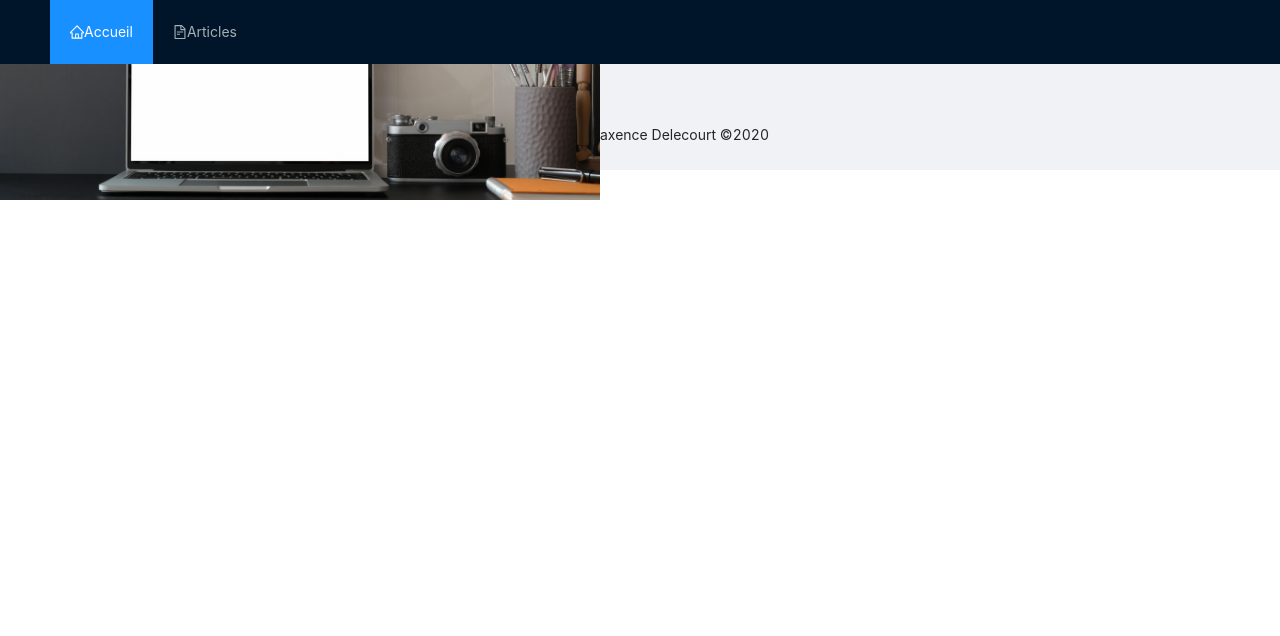
Repository: MaxenceDelecourt/ReactBlog
Page: /
These files come from the project's save history. The page is drawn as it stood at one moment and after the next save; the edit follows.
The browser window is 1280 px wide. The pictures show the whole page.
The project was rebuilt for these pictures with package versions that can differ from the ones it lists, and the page was loaded fresh each time. Also part of the build but not shown: src/Api/Api.js, src/Admin/ModifyPost.js, src/Post/Post.js, src/PostDescription/PostDescription.js, src/Admin/Admin.js, src/Admin/AdminDashboard.js.

Above is the page before, as saved 2020-06-15 16:47:49.

After the next save:
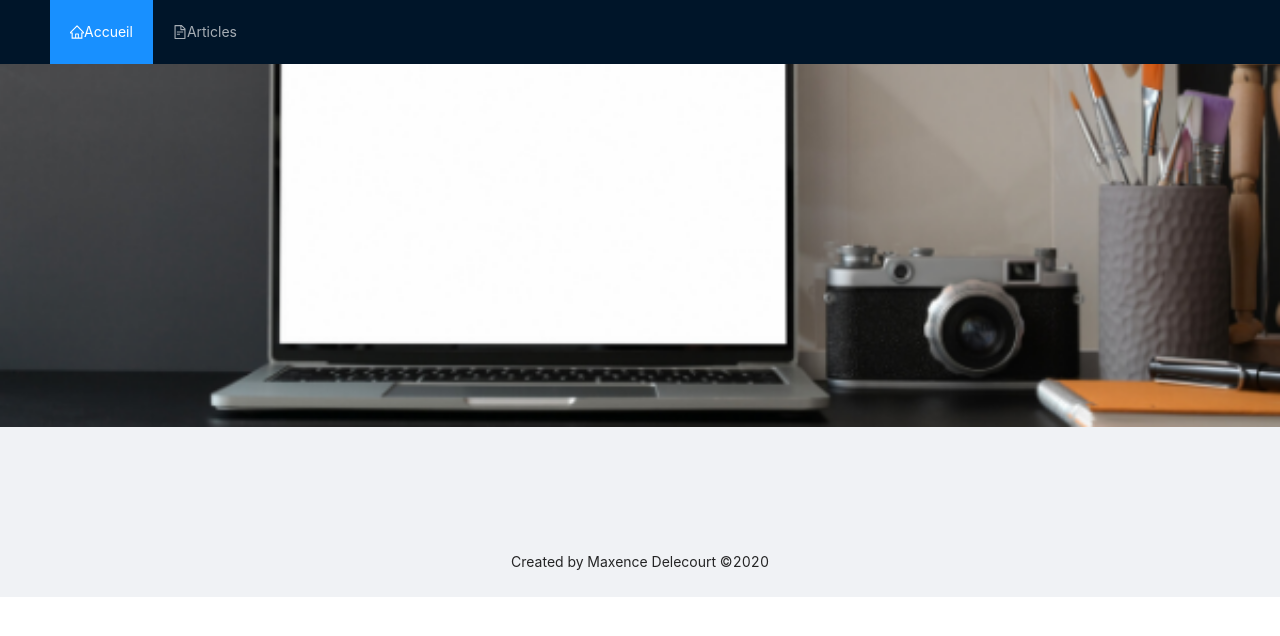
Saved 16 s later.
--- a/src/Accueil/Banner.js
+++ b/src/Accueil/Banner.js
@@ -3,9 +3,7 @@ import BannerMax from '../img/BannerMax.png'
 
 function Banner() {
     return (
-        <div style={{ position: 'absolute', zIndex: '1' }}>
-            <img src={BannerMax} />
-        </div>
+        <img src={BannerMax} />
     );
 }
 
